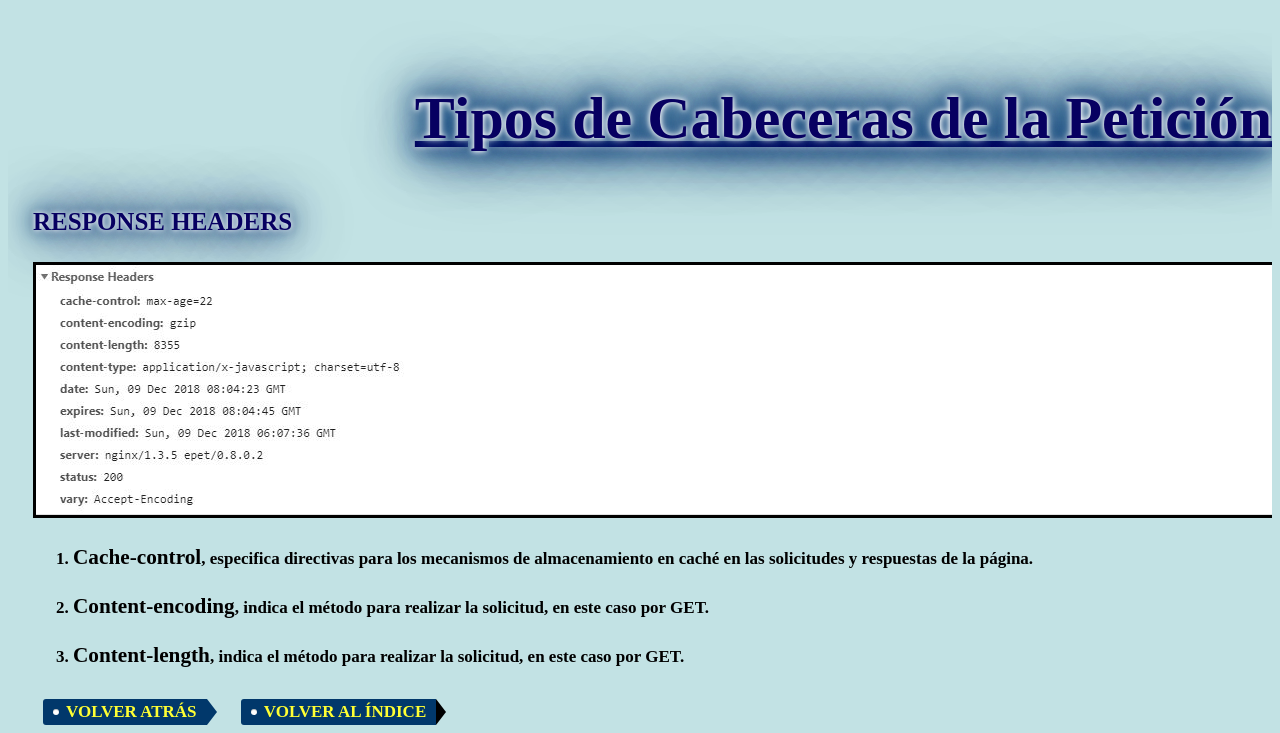
Repository: VictorinoBF97/HerramientasDesarollo
Page: responseHeaders.html
An editor plug-in stored every save of this project. The page is shown before and after the next save, followed by the edit.
The browser window is 1280 px wide. The pictures show the whole page.

Above is the page before, as saved 2018-12-09 09:44:03.
Not found: main.js

### responseHeaders.html
<!DOCTYPE html>
<html>
<head>
    <meta charset="utf-8" />
    <meta http-equiv="X-UA-Compatible" content="IE=edge">
    <title>RESPONSE HEADERS</title>
    <meta name="viewport" content="width=device-width, initial-scale=1">
    <link rel="stylesheet" type="text/css" media="screen" href="./css/styles.css" />
    <script src="main.js"></script>
    <link href="./iconoPestaña/images/iconoPestaña.png" rel="shortcut icon" type="image/x-icon" />
</head>
    <body>
            <h1><u>Tipos de Cabeceras de la Petición</u></h1>
            <div>
            <h2>RESPONSE HEADERS</h2>
            </div>

            <div>
                <img src="./images/responseHeader.JPG" border="3"/>
            </div>

            <div>
                <ol>
                <li>
                    <p><strong>Cache-control</strong>, especifica directivas para los mecanismos de almacenamiento en caché en las solicitudes y respuestas de la página.</p>
                </li>
                <li>
                    <p><strong>Content-encoding</strong>, indica el método para realizar la solicitud, en este caso por GET.</p>
                </li>
                <li>
                    <p><strong>Content-length</strong>, indica el método para realizar la solicitud, en este caso por GET.</p>
                </li>
                </ol>
            </div>


            <a  href="headers.html" target="_self">VOLVER ATRÁS</a>&nbsp;<a href="indice.html" target="_self" class="volver">VOLVER AL ÍNDICE</a>
    </body>

    </html>

### css/styles.css
@charset "UTF-8";

/* CUERPO DE LA PÁGINA HTML */
html {
  background-color: #c2e2e4;
  overflow: auto;
  overflow-x: scroll; }

/* TÍTULO PRINCIPAL DEL ÍNDICE */
.titulo {
  text-shadow: 0px 0px 5px #989993;
  border: 15px ridge #1E90FF;
  width: 75%;
  text-align:right;}

/* TÍTULOS */
h1 {
  font-size: 60px;
  font-family: 'Futura';
  color: #070061;
  text-shadow: 0 0 5px #fff, 0 0 10px #fff, 0 0 20px #033a75, 0 0 30px #033a75, 0 0 40px #033a75, 0 0 55px #033a75, 0 0 75px #033a75;
  text-align: right; }

h2, h3, h4 {
  font-size: 25px;
  font-family: 'Futura';
  color: #070061;
  text-shadow: 0 0 5px #fff, 0 0 10px #fff, 0 0 20px #033a75, 0 0 30px #033a75, 0 0 10px #033a75, 0 0 55px #033a75, 0 0 75px #033a75; }

/* CUERPO DE LA PÁGINA */
body {
  font: 17px/1.5 'PT Sans', serif;
  font-weight: bold;
  overflow: hidden;
  padding-left: 25px;
  padding-top: 25px; }

/* ÍNDICE */
.indice {
  font-size: 125%; }

strong {
  font-size:125%;
}

/* ENLACES Y REDIRECCIONAMIENTO */
a {
  background: rgb(1, 56, 107);
  border-radius: 3px 0 0 3px;
  color: #ffff33;
  display: inline-block;
  height: 26px;
  line-height: 26px;
  padding: 0 20px 0 23px;
  position: relative;
  margin: 10px 10px 0;
  text-decoration: none;
  -webkit-transition: color 0.2s; }

a::before {
  background: #fff;
  border-radius: 10px;
  box-shadow: inset 0 1px rgba(0, 0, 0, 0.25);
  content: '';
  height: 6px;
  left: 10px;
  position: absolute;
  width: 6px;
  top: 10px; }

a::after {
  background: #c2e2e4;
  border-bottom: 13px solid transparent;
  border-left: 10px solid rgb(1, 56, 107);
  border-top: 13px solid transparent;
  content: '';
  position: absolute;
  right: 0;
  top: 0; }

a:hover {
  background-color: rgb(220,20,60);
  color: #ffffff; }

a:hover::after {
  border-left-color: rgb(220,20,60); }

/* VOLVER AL ├ìNDICE */
.volver::after {
  background: #c2e2e4;
  border-bottom: 13px solid transparent;
  border-left: 10px solid black;
  border-top: 13px solid transparent;
  content: '';
  position: absolute;
  right: 0;
  top: 0; }

.volver:hover {
  background-color: rgb(220,20,60);
  color: #ffffff; }

.volver:hover::after {
  border-right-color: rgb(220,20,60); }

/*# sourceMappingURL=styles.css.map */

After the next save:
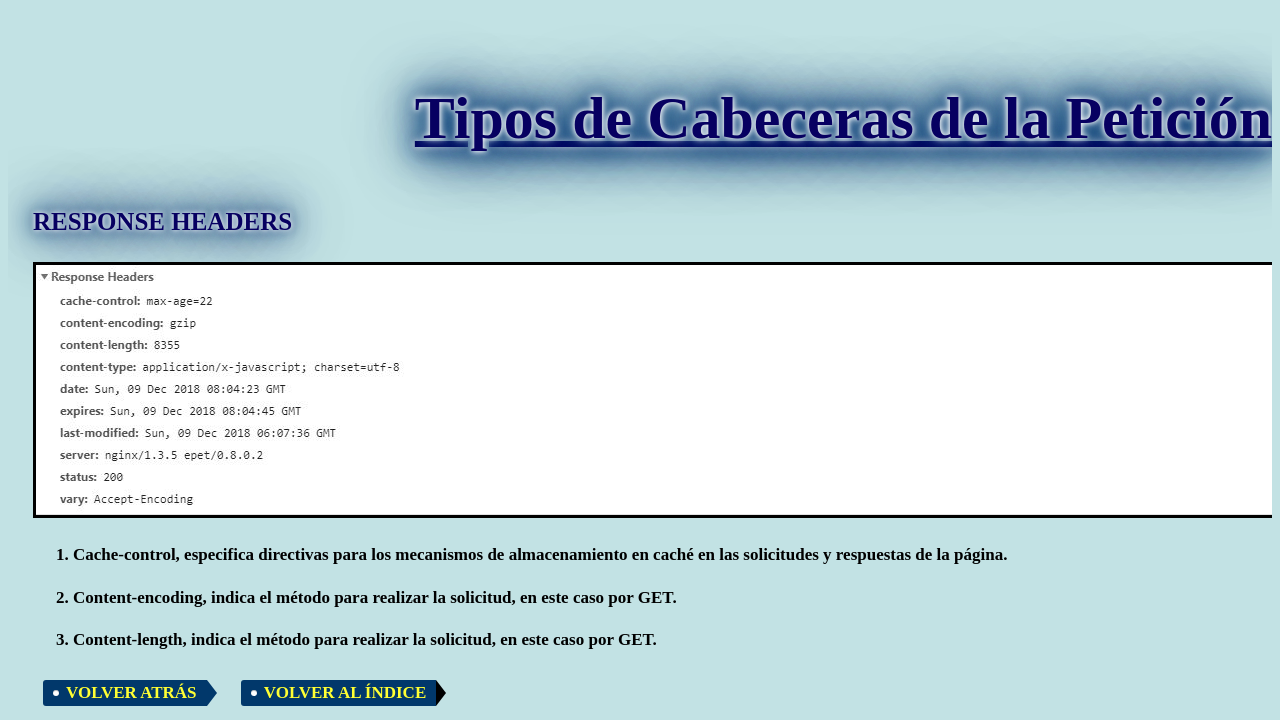
Saved 5 s later.
--- a/css/styles.css
+++ b/css/styles.css
@@ -40,7 +40,7 @@ body {
   font-size: 125%; }
 
 strong {
-  font-size:125%;
+  font-size:100%;
 }
 
 /* ENLACES Y REDIRECCIONAMIENTO */
